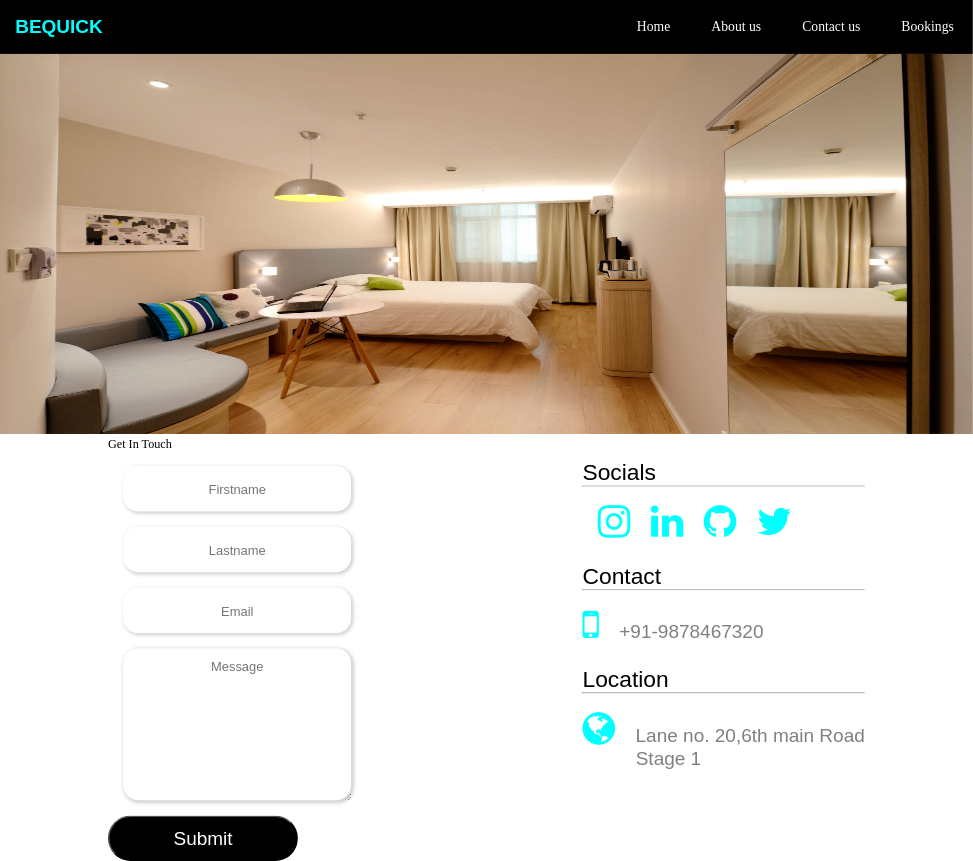
Repository: Ayushi6Sharma/BEQUICK_Hotel_Booking_Web
Page: about.html
The author's editor kept a copy of each file at every save. The page is drawn from the files as they stood at one save, then again after the next save.
The browser window is 1280 px wide. The pictures show the whole page, at 76% of full size.

Above is the page before, as saved 2022-05-10 01:18:21.

### about.html
<!DOCTYPE html>
<html lang="en">
<head>
    <meta charset="UTF-8">
    <meta http-equiv="X-UA-Compatible" content="IE=edge">
    <meta name="viewport" content="width=device-width, initial-scale=1.0">
    <link rel="stylesheet" href="https://stackpath.bootstrapcdn.com/font-awesome/4.7.0/css/font-awesome.min.css" integrity="sha384-wvfXpqpZZVQGK6TAh5PVlGOfQNHSoD2xbE+QkPxCAFlNEevoEH3Sl0sibVcOQVnN" crossorigin="anonymous">
    <link rel="stylesheet" href="./style/style.css">
    <link rel="stylesheet" href="./style/aboutstyle.css">
    <title>About us</title>
</head>
<body>
    <main>
        <nav class="nav">
            <ul class="nav-list">
                <span class="logo">BEQUICK</span>
                <li><a href="#">Home</a></li>
                <li><a href="#">About us</a></li>
                <li><a href="#">Contact us</a></li>
                <li><a href="#">Bookings</a></li>
            </ul>
        </nav>
        <!-- section 1 -->
        <section>
            <div class="hotel-main-image">
                <!-- <div class="bookings-btn">Bookings</div> -->
                <img src="./images/hotel-img-2.jpg" class="hotel-img-2">
            </div>
        </section>
        <!-- section 2 -->
        <section>
            <div class="aboutflex">
                <div class="form-heading">Get In Touch
                    <div class="contact-form">
                        <form action="#" method="POST">
                            <label for="firstname"></label>
                            <input type="text" name="firstname" id="firstname" placeholder="Firstname">
                            <label for="lastname"></label>
                            <input type="text" name="lastname" id="lastname"  placeholder="Lastname">
                            <label for="email"></label>
                            <input type="text" name="email" id="email"  placeholder="Email">
                            <label for="message"></label>
                            <textarea id="message" name="message" placeholder="Message"></textarea>
                            <button type="submit" class="submit">Submit</button>
                        </form>
                    </div>
                </div>
                <div class="address">
                    <div class="contact-info-heading">
                        Socials
                        <hr/>
                        <div class="about-social-contact">
                            <a href="#"><i class="fa fa-instagram fa-2x"></i></a>
                            <a href="#"><i class="fa fa-linkedin fa-2x"></i></a>
                            <a href="#"><i class="fa fa-github fa-2x"></i></a>
                            <a href="#"><i class="fa fa-twitter fa-2x"></i></a>
                        </div>
                    </div>
                    <div class="contact-info-heading">
                        Contact
                    <hr/>
                        <div class="about-contact">
                            <i class="fa fa-mobile fa-2x"></i>
                            <span class="about-contact-content">
                                +91-9878467320
                            </span>
                        </div>
                    </div>
                    <div class="contact-info-heading">
                        Location
                    <hr/>
                        <div class="about-Location">
                            <i class="fa fa-globe fa-2x"></i>
                            <span class="about-location-content">
                                Lane no. 20,6th main Road
                                <br/><span class="about-location-content-br">Stage 1
                            </span>
                        </div>
                    </div>
                </div>
            </div>
        </section>
    </main>
</body>
</html>

### style/style.css
*
{
    padding: 0px;
    margin: 0px;
    box-sizing: border-box;
}
/* nav */
.nav
{
    background-color: black;
}
.nav-list
{
    list-style-type:none;
    width: 100%;
    text-align: end;
}
.nav-list > li
{
    display: inline-block;
    padding: 25px;
    font-size: 18px;
}
.nav-list li a
{
    text-decoration: none;
    color:white;
}
.nav-list li a:hover
{
    color: aquamarine;
}
.logo
{
    padding: 20px;
    color:aqua;
    float: left;
    font-size: 25px;
    font-weight: bolder;
    font-family: sans-serif;
}
/* section 1 */
/* main image */
.hotel-img-2
{
    width: 100%;
    height:500px;
}
hotel-main-image
{
    position: relative;
}
/* .bookings-btn
{
    width:250px;
    height: 60px;
    background-color: black;
    color:white;
    border-radius: 40px;
    text-align: center;
    padding-top: 15px;
    font-size:25px;
    font-family: sans-serif;
    position: absolute;
} */

/* section 2 */
.flex1-container1
{
    display: flex;
    flex-direction: row;
    flex-wrap: wrap;
    margin-top: 40px;
    justify-content: space-around;
    align-content:space-around;
}
/* Facilities */
.section2-facilities
{
    text-align: center;
    margin-top:50px;
}
.main-facilities
{
    font-size: 60px;
    font-weight: bold;
    font-family: sans-serif;
}
.main-facilities-lower
{
    font-size: 30px;
    font-style: italic;
    color:grey;
}
.facilities
{
    width:300px;
    height:300px;
    text-align:center;
    border-radius: 40px;
    box-shadow: 3px 2px 10px 1px lightgrey;
}
.facilities i{
    margin-top: 25%;
    color:aqua;
}
.facilities-content
{   margin-top: 30px;
    font-size: 25px;
    font-family:sans-serif;
}
/* section 3 */
.about{
    margin-top: 50px;
    display: flex;
    flex-wrap: wrap;
    background-color:grey;
}
.about-image
{
    width:90%;
    height:400px;
}
.about-content-1
{
    font-size: 50px;
    font-weight: bold;
    font-family: sans-serif;
    color: white;
    font-style: italic;
    margin-top: 30px;
}
.about-content-2
{
    color:white;
    word-wrap: break-word;
    font-size: 20px;
    padding-top: 30px;
    margin-bottom: 20px;
}
.about-btn
{
    width:250px;
    height: 60px;
    background-color: aqua;
    color:white;
    border-radius: 40px;
    text-align: center;
    padding-top: 15px;
    font-size:25px;
    border: none;
    font-family: sans-serif;
    margin: auto;
}

/* section 4 */

.flex2-container2
{
    display: flex;
    justify-content: space-around;
    margin-top: 100px;
    text-align: center;
    align-content:space-around;
    flex-wrap: wrap;
}
.location
{
    width:300px;
    height:300px;
    text-align:center;
    border-radius: 40px;
    box-shadow: 3px 2px 10px 1px lightgrey;
}
.location i
{
    color:aqua;
    padding-top: 25%;
}
.location-content
{
    font-size: 22px;
    font-family:sans-serif;
    padding-top: 20px;
}

/* footer */
.footer{
    background-color: black;
}
.footer-flex
{
    display: flex;
    justify-content: space-around;
    margin-top: 50px;
}
.footer-list-heading
{
    font-weight: bold;
    font-size: 23px;
    font-family: sans-serif;
    color:aqua;
    margin-top:30px;
}
.footer-list > ul
{
    list-style-type: none;
    color:white;
    font-size: 20px;
}
.footer-list-1 >li
{
    padding-top:20px;
}
.footer-list-2 >li
{
    padding-top:20px;
}
.footer-list-3 i
{
    padding-top: 15px;
    color: white;
}
/* copyright */
.copyright
{
    text-align: center;
    color:white;
    font-family: sans-serif;
    font-weight: bold;
    font-style: italic;
    padding-bottom: 30px;
}

### style/aboutstyle.css
.aboutflex
{
    display: flex;
    justify-content: space-around;
}
.social
{
    font-size: 30px;
    font-weight: bold;
    font-family: sans-serif;
}
.fa
{
    color:aqua;
}
.social-contact a
{
    padding:20px;
}
[type="text"]
{
    width:300px;
    height: 60px;
    border:none;
    outline: none;
    font-size: 20px;
    font-family: sans-serif;
    display: block;
    text-align: center;
    /* border:1px solid grey; */
    border-radius:20px;
    box-shadow:2px 2px 5px 1px lightgrey;
    margin:20px;
    padding: 15px;
}
::placeholder
{
    font-size: 17px;
}
textarea
{
    width:300px;
    height: 200px;
    border:none;
    outline: none;
    font-size: 20px;
    font-family: sans-serif;
    display: block;
    text-align: center;
    border-radius:20px;
    box-shadow:2px 2px 5px 2px lightgrey;
    margin:20px;
    padding: 15px;
}
.submit
{
    width:250px;
    height: 60px;
    background-color: black;
    color:white;
    border-radius: 40px;
    text-align: center;
    font-size:25px;
    font-family: sans-serif;
}
.submit:hover
{
    color:aqua;
    cursor: pointer;
}
.contact-info-heading
{
    font-size: 30px;
    font-family: sans-serif;
    margin-top: 30px;
}
.contact-info-heading > div
{
    padding-top: 20px;
    color:grey;
    font-size: 25px;
}
.about-social-contact >a
{
    padding-left: 20px;
}
.about-contact-content
{
    padding-left: 20px;
}
.about-location-content
{
    padding: 20px;
}
.about-location-content-br
{
    padding-left: 70px;
}

After the next save:
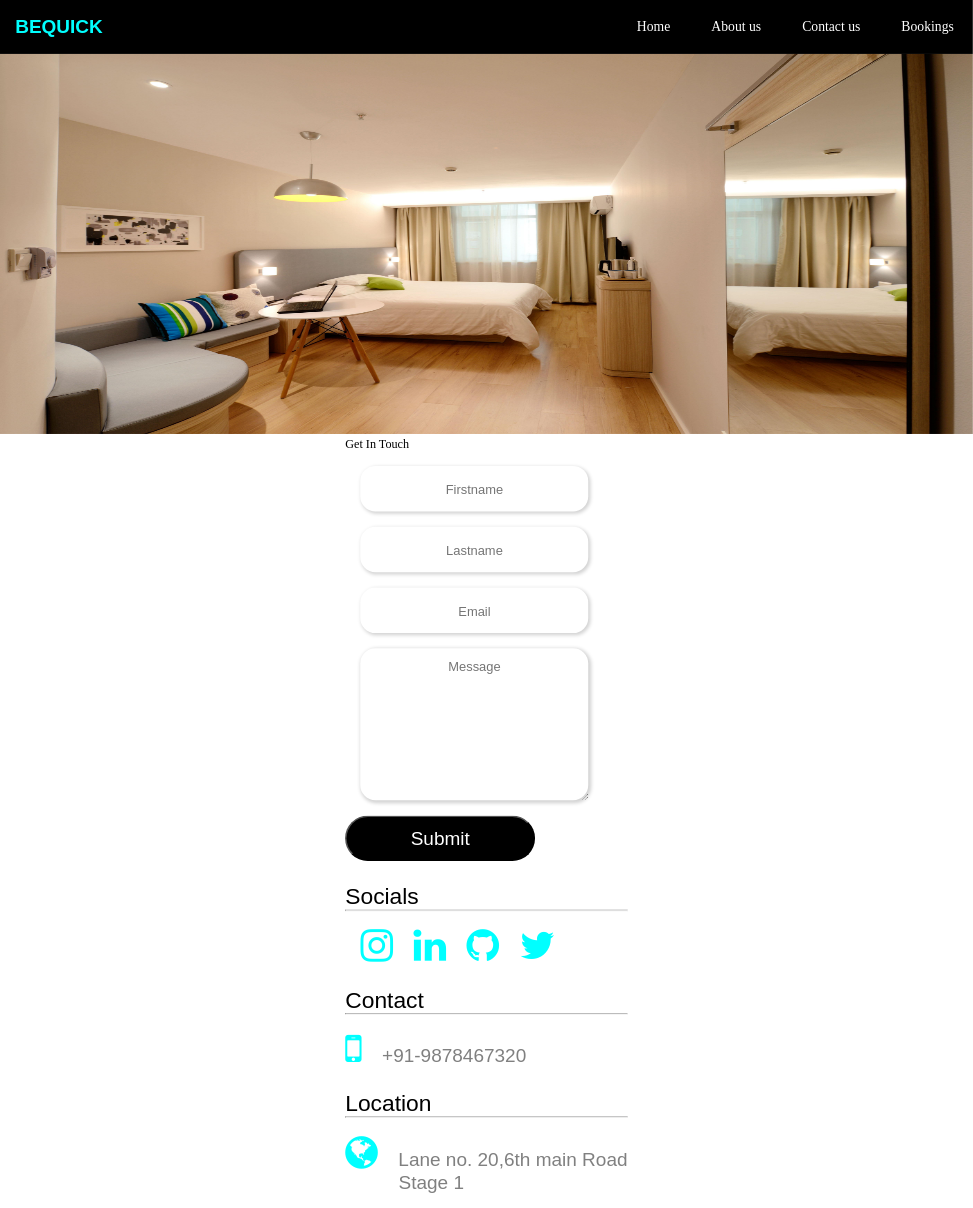
Saved 81 s later.
--- a/about.html
+++ b/about.html
@@ -30,7 +30,8 @@
         <!-- section 2 -->
         <section>
             <div class="aboutflex">
-                <div class="form-heading">Get In Touch
+                <div>
+                    <div class="form-heading">Get In Touch
                     <div class="contact-form">
                         <form action="#" method="POST">
                             <label for="firstname"></label>
